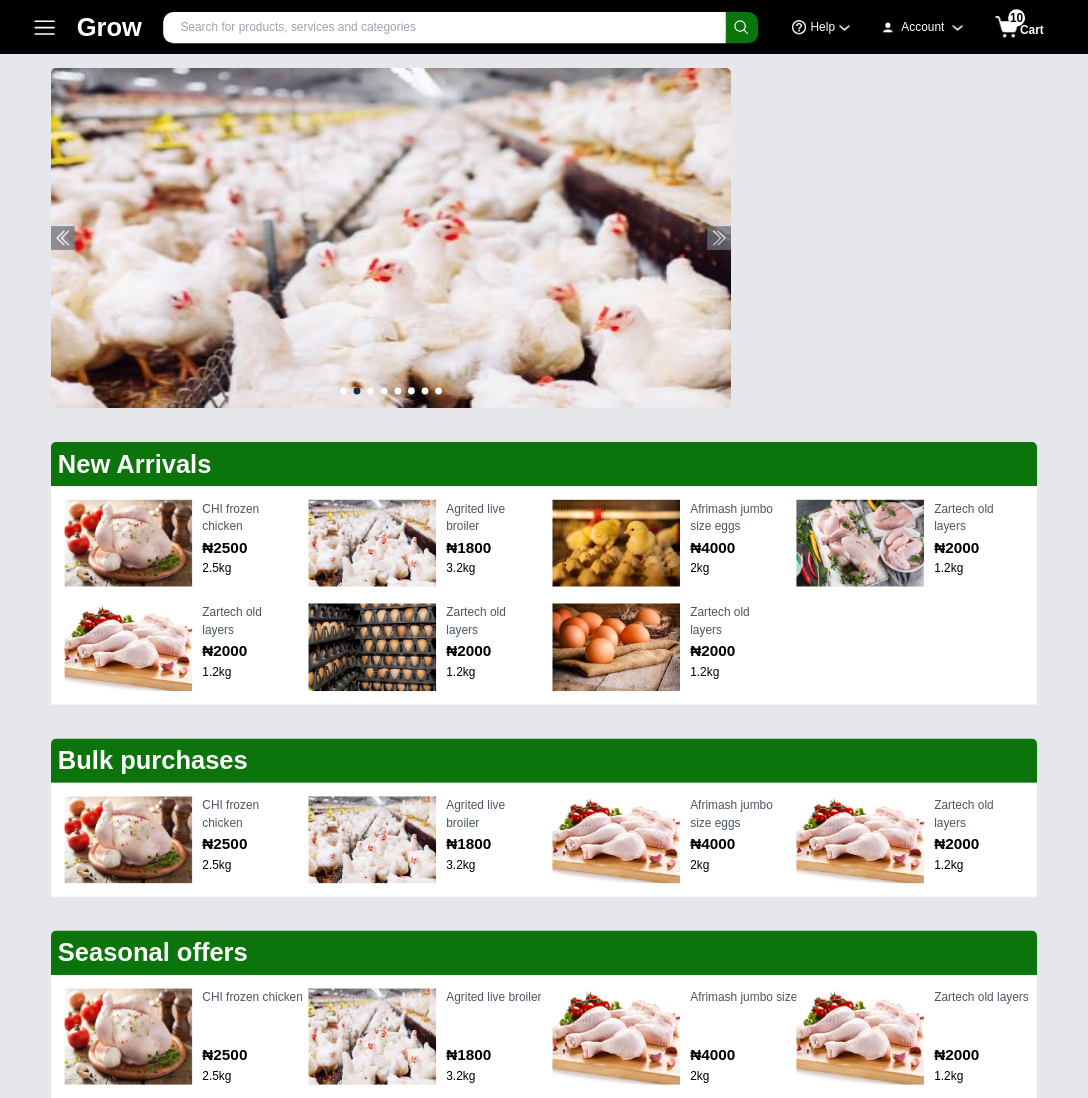
Repository: IssaMuiz/ifarmstock
Page: /
An editor plug-in stored every save of this project. The page is shown before and after the next save, followed by the edit.
The browser window is 1280 px wide. The pictures show the whole page, at 85% of full size.
The project was rebuilt for these pictures with package versions that can differ from the ones it lists, and the page was loaded fresh each time. The framework's server and built-in components were replaced by stand-ins that run in the browser. Also part of the build but not shown: next.config.mjs.

Above is the page before, as saved 2024-08-31 06:03:59.

After the next save:
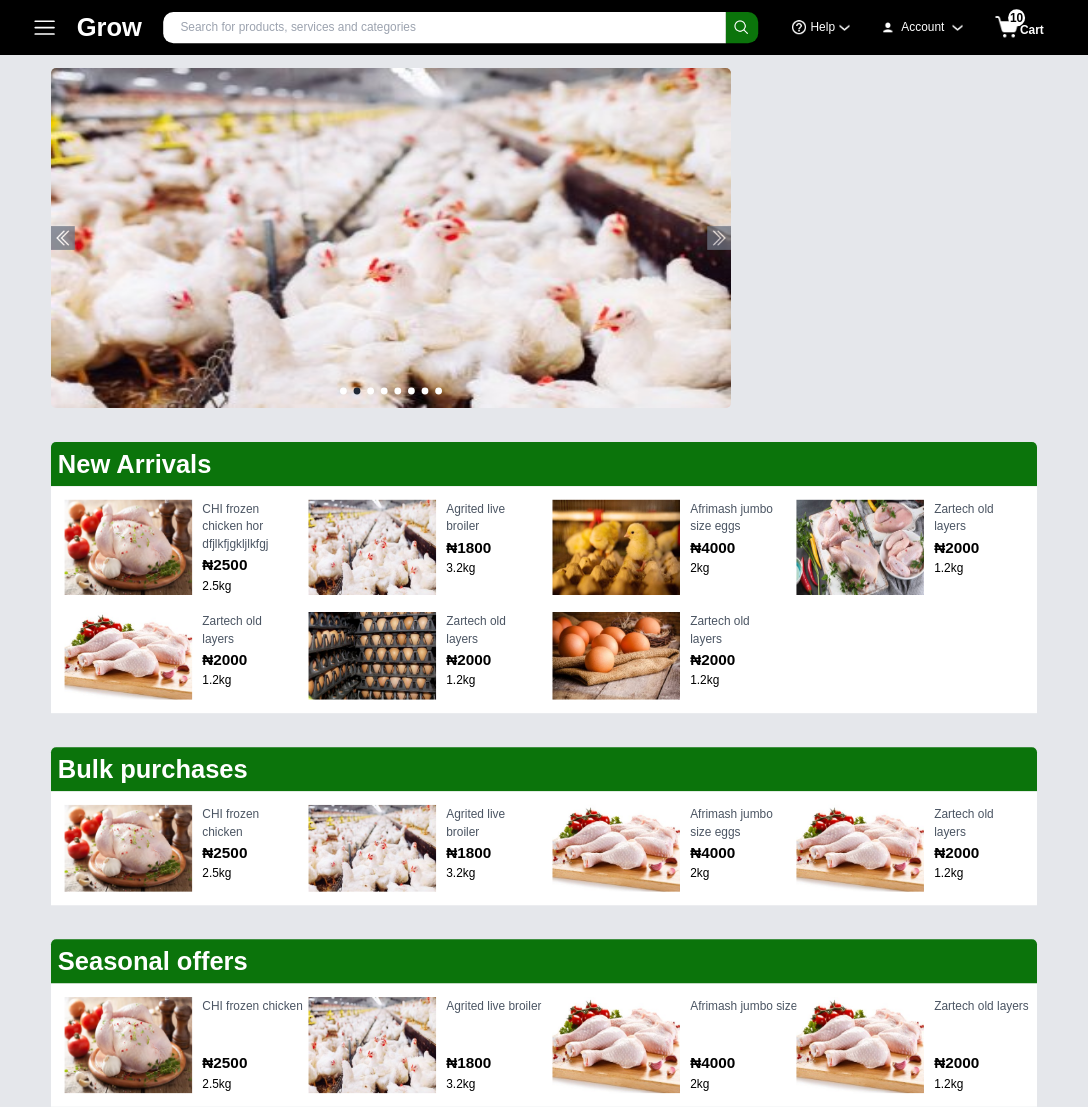
Saved 38 s later.
--- a/models/newArrivalsCards.json
+++ b/models/newArrivalsCards.json
@@ -1,7 +1,7 @@
 [
   {
     "image": "/assets/images/poultry-image1-slider.jpg",
-    "name": "CHI frozen chicken",
+    "name": "CHI frozen chicken hor dfjlkfjgkljlkfgj",
     "Price": "2500",
     "weight": "2.5kg"
   },

After the save that followed:
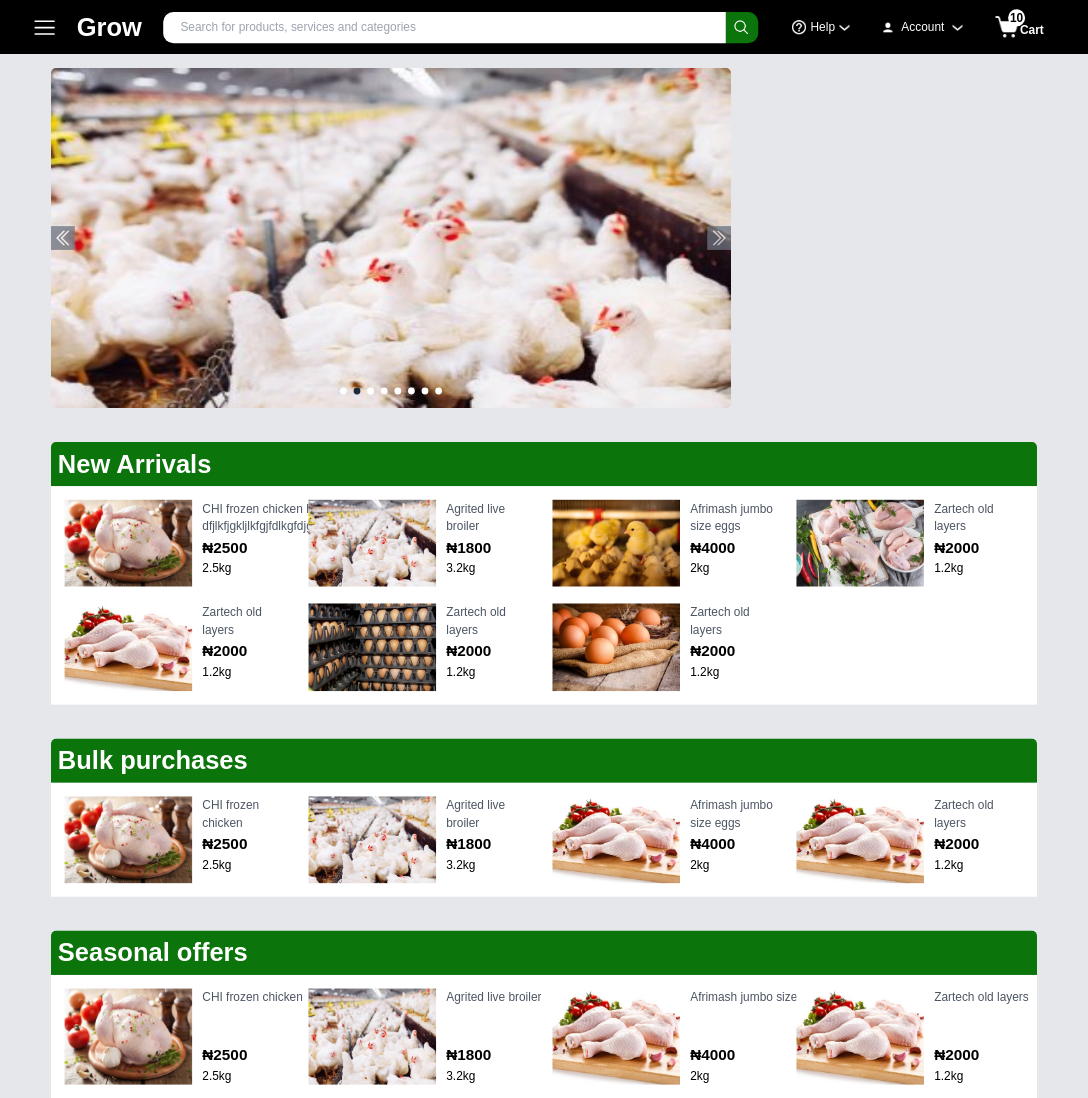
Saved 12 s later.
--- a/models/newArrivalsCards.json
+++ b/models/newArrivalsCards.json
@@ -1,7 +1,7 @@
 [
   {
     "image": "/assets/images/poultry-image1-slider.jpg",
-    "name": "CHI frozen chicken hor dfjlkfjgkljlkfgj",
+    "name": "CHI frozen chicken hor dfjlkfjgkljlkfgjfdlkgfdjg;lkjk;dklfkjgk;ldfjkg;kld",
     "Price": "2500",
     "weight": "2.5kg"
   },
